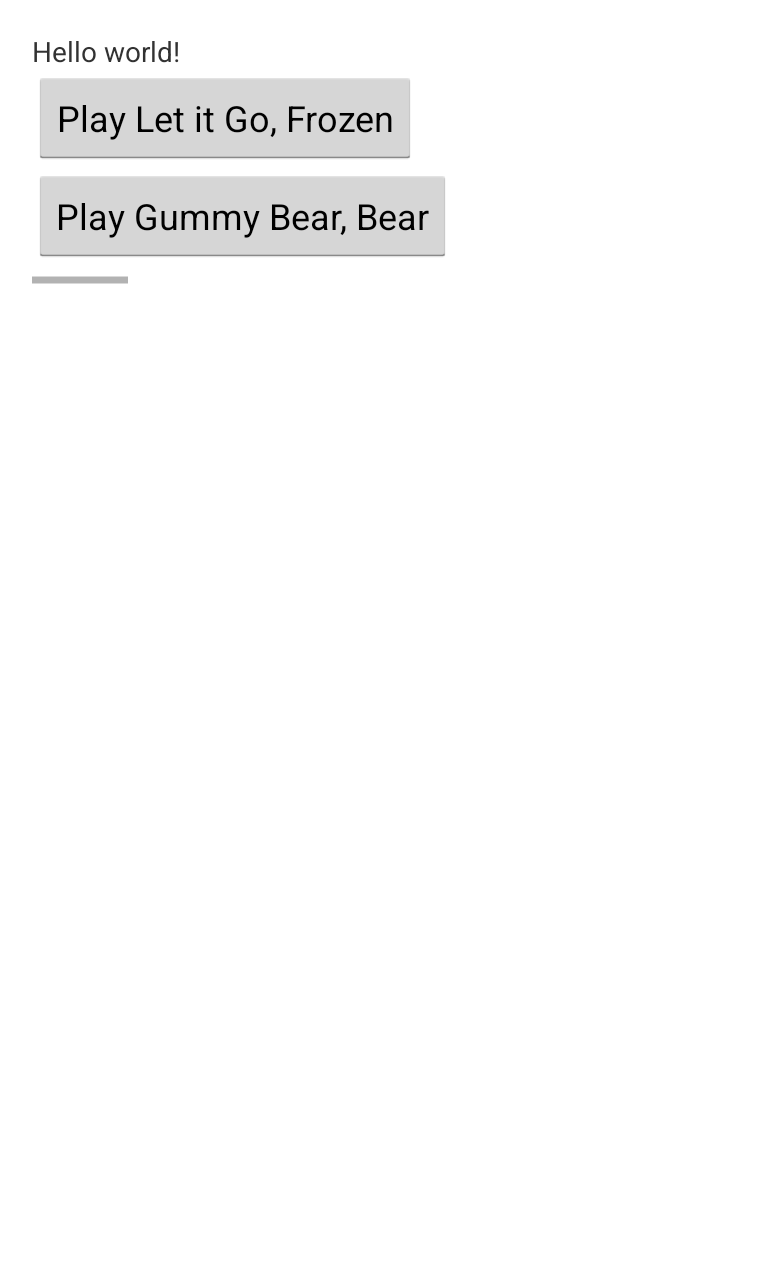
Repository: lethe13/AndroidProgramming
Layout: COMP304-Group1-MicroProject3/res/layout/activity_main.xml
These files come from the project's save history. The layout is drawn as it stood at one moment and after the next save; the edit follows.
It is drawn on a 768 x 1280 px phone screen (xhdpi) without system bars, with theme AppTheme; the app's code is not run.

Above is the layout before, as saved 2015-11-03 15:53:07.

### COMP304-Group1-MicroProject3/res/layout/activity_main.xml
<RelativeLayout xmlns:android="http://schemas.android.com/apk/res/android"
    xmlns:tools="http://schemas.android.com/tools"
    android:layout_width="match_parent"
    android:layout_height="match_parent"
    android:onClick="songClick"
    android:paddingBottom="@dimen/activity_vertical_margin"
    android:paddingLeft="@dimen/activity_horizontal_margin"
    android:paddingRight="@dimen/activity_horizontal_margin"
    android:paddingTop="@dimen/activity_vertical_margin"
    tools:context="com.example.comp304_group1_microproject2.MainActivity" >

    <TextView
        android:id="@+id/SongList"
        android:layout_width="wrap_content"
        android:layout_height="wrap_content"
        android:text="@string/hello_world" />

    <Button
        android:id="@+id/gummy"
        android:layout_width="wrap_content"
        android:layout_height="wrap_content"
        android:layout_alignLeft="@+id/SongList"
        android:layout_below="@+id/SongList"
        android:layout_marginTop="49dp"
        android:onClick="songClick"
        android:text="Play Gummy Bear, Bear" />

    <Button
        android:id="@+id/letitgo"
        android:layout_width="wrap_content"
        android:layout_height="wrap_content"
        android:layout_alignLeft="@+id/gummy"
        android:layout_below="@+id/SongList"
        android:onClick="songClick"
        android:text="Play Let it Go, Frozen" />

    <ProgressBar
        android:id="@+id/progressBar"
        style="?android:attr/progressBarStyleHorizontal"
        android:layout_width="wrap_content"
        android:layout_height="wrap_content"
        android:layout_below="@+id/gummy" />

</RelativeLayout>

### COMP304-Group1-MicroProject3/res/values/strings.xml
<?xml version="1.0" encoding="utf-8"?>
<resources>

    <string name="app_name">COMP304-Group1-MicroProject3</string>
    <string name="hello_world">Hello world!</string>
    <string name="action_settings">Settings</string>

</resources>

Loaded but not shown: COMP304-Group1-MicroProject3/res/values/styles.xml (common file); COMP304-Group1-MicroProject3/res/values-v11/styles.xml (common file); COMP304-Group1-MicroProject3/res/values-v14/styles.xml (common file); COMP304-Group1-MicroProject3/res/values/dimens.xml (common file); COMP304-Group1-MicroProject3/res/values-w820dp/dimens.xml (common file)

After the next save:
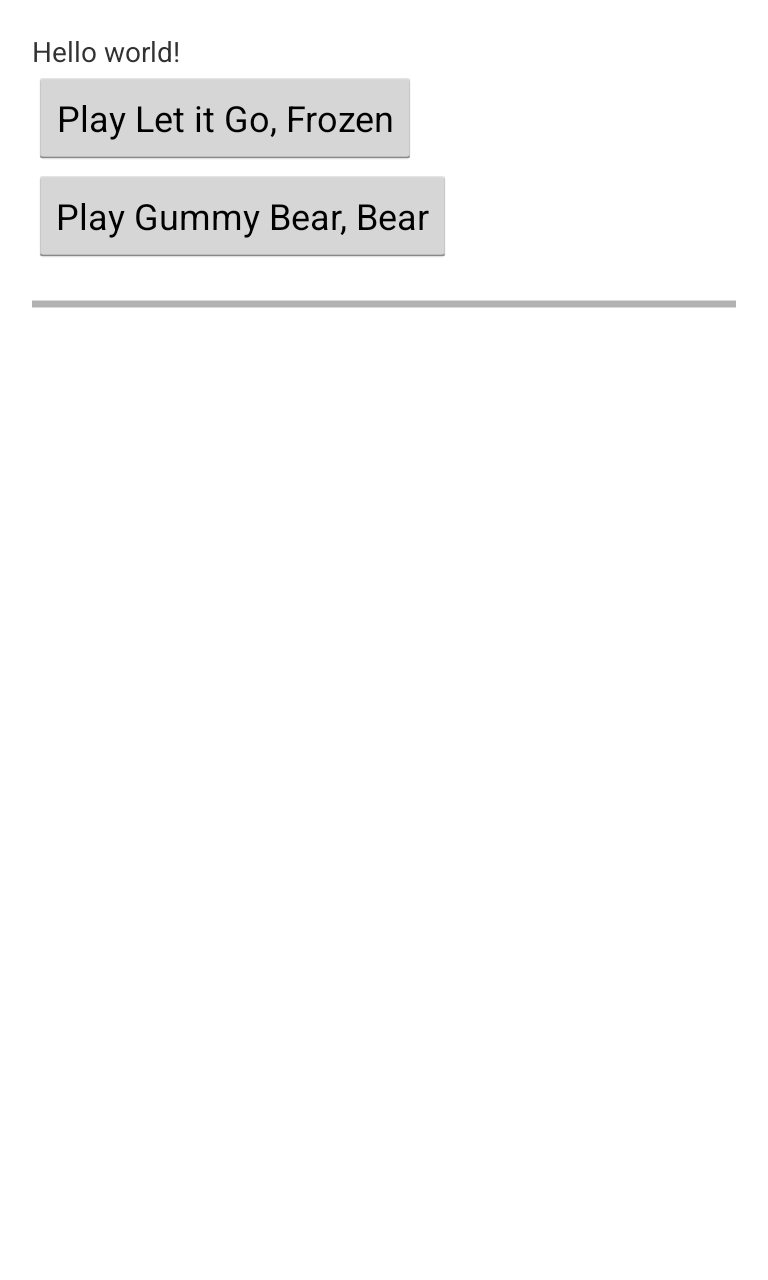
Saved 38 min 59 s later.
--- a/COMP304-Group1-MicroProject3/res/layout/activity_main.xml
+++ b/COMP304-Group1-MicroProject3/res/layout/activity_main.xml
@@ -37,8 +37,8 @@
     <ProgressBar
         android:id="@+id/progressBar"
         style="?android:attr/progressBarStyleHorizontal"
-        android:layout_width="wrap_content"
-        android:layout_height="wrap_content"
+        android:layout_width="match_parent"
+        android:layout_height="40dp"
         android:layout_below="@+id/gummy" />
 
 </RelativeLayout>
